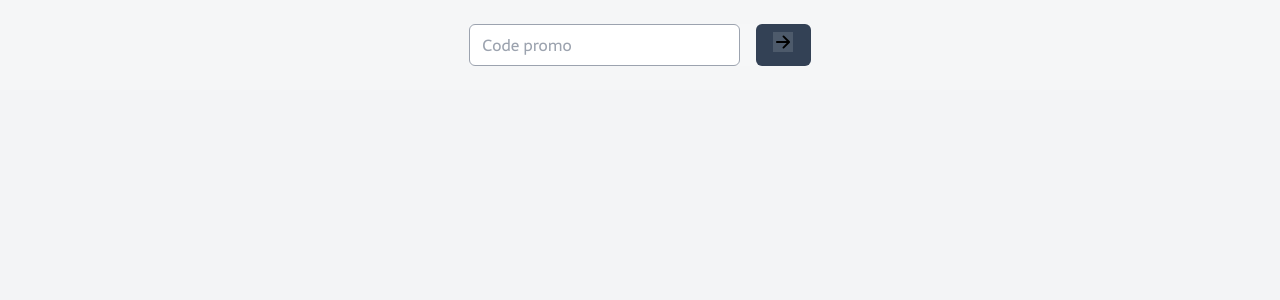
Repository: darlino/gotyu_shopify_section
Page: reduction_input210223/index.html
An editor plug-in stored every save of this project. The page is shown before and after the next save, followed by the edit.
The browser window is 1280 px wide. The pictures show the whole page.
Some web libraries are served in a nearby version.

Above is the page before, as saved 2023-02-21 22:01:16.

After the next save:
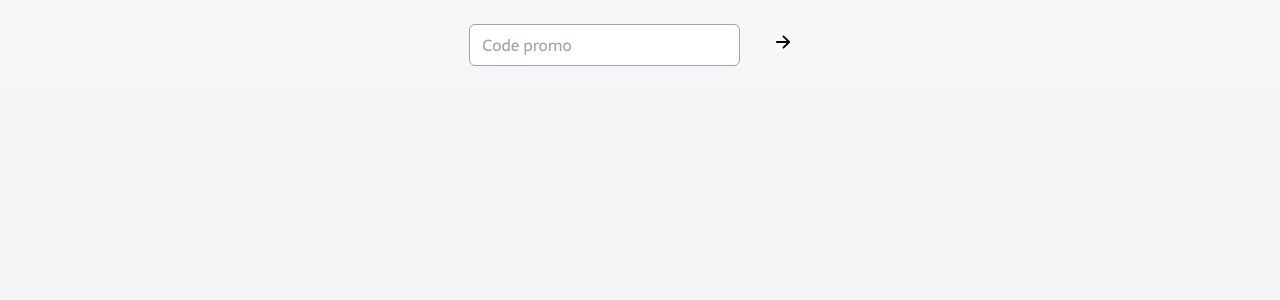
Saved 10 s later.
--- a/reduction_input210223/index.html
+++ b/reduction_input210223/index.html
@@ -34,10 +34,7 @@
               class="px-3 w-5/6 py-2 border outline-none border-1 border-gray-400 bg-white rounded-md"
               placeholder="Code promo"
             />
-            <button
-              type="text"
-              class="px-2 w-1/6 py-2 bg-slate-700 rounded-md text-center"
-            >
+            <button type="text" class="px-2 w-1/6 py-2 rounded-md text-center">
               <ion-icon
                 name="arrow-forward-outline"
                 class="text-xl bg-none"

After the save that followed:
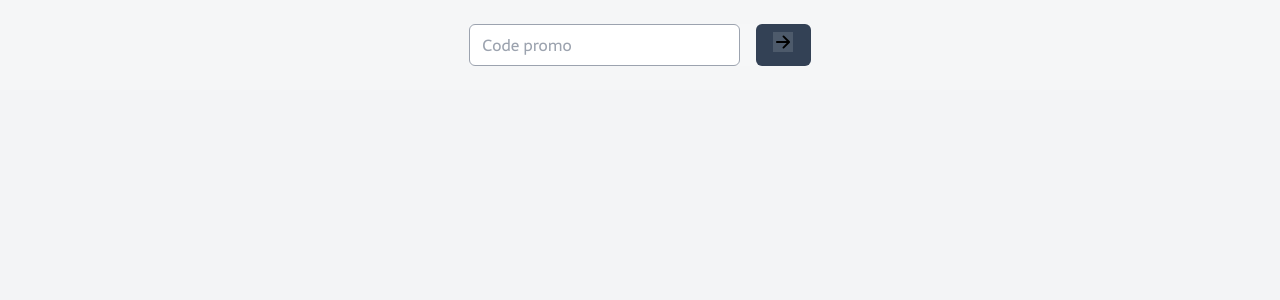
Saved 6 s later.
--- a/reduction_input210223/index.html
+++ b/reduction_input210223/index.html
@@ -34,7 +34,10 @@
               class="px-3 w-5/6 py-2 border outline-none border-1 border-gray-400 bg-white rounded-md"
               placeholder="Code promo"
             />
-            <button type="text" class="px-2 w-1/6 py-2 rounded-md text-center">
+            <button
+              type="text"
+              class="px-2 w-1/6 py-2 bg-slate-700 rounded-md text-center"
+            >
               <ion-icon
                 name="arrow-forward-outline"
                 class="text-xl bg-none"
